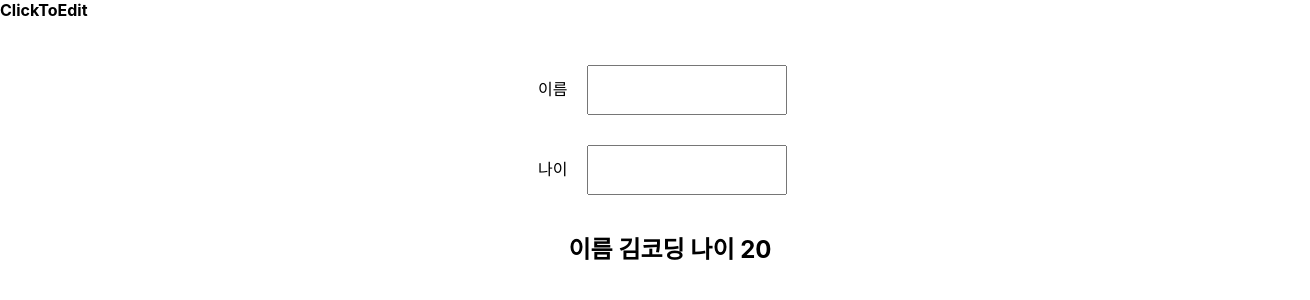
Repository: janghwahyun/wanted_pre_onboarding
Page: /ClickToEdit
An editor plug-in stored every save of this project. The page is shown before and after the next save, followed by the edit.
The browser window is 1280 px wide. The page is 1310 px wide, so the pictures cover 1310 px, including what lies to the right of the window. The pictures show the whole page.
The project was rebuilt for these pictures with package versions that can differ from the ones it lists, and the page was loaded fresh each time. Also part of the build but not shown: src/component/AutoComplete.js, src/component/Modal.js, src/component/Tab.js, src/component/Toggle.js.

Above is the page before, as saved 2022-02-11 12:42:41.

### src/App.js
import ClickToEdit from './component/ClickToEdit';
import AutoComplete from './component/AutoComplete';
import Modal from './component/Modal';
import Tab from './component/Tab';
import Toggle from './component/Toggle';

import './App.css';
import { BrowserRouter, Routes, Route } from 'react-router-dom';

function App() {
  return (
    <BrowserRouter>
      <Routes>
        <Route path="/" element={<App />} />
        <Route path="/ClickToEdit" element={<ClickToEdit />} />
        <Route path="/AutoComplete" element={<AutoComplete />} />
        <Route path="/Modal" element={<Modal />} />
        <Route path="/Tab" element={<Tab />} />
        <Route path="/Toggle" element={<Toggle />} />
      </Routes>
    </BrowserRouter>
  );
}

export default App;

### src/component/ClickToEdit.js
import React, { useState } from 'react';
import styled from 'styled-components';

const ClickToEdit = () => {
  const [name, setName] = useState('김코딩');
  const [age, setAge] = useState('20');

  return (
    <>
      <strong>ClickToEdit</strong>
      <Form>
        <div>
          이름 <Input onChange={e => setName(e.target.value)}></Input>
        </div>
        <div>
          나이 <Input onChange={e => setAge(e.target.value)}></Input>
        </div>
        <h2>
          이름 {name} 나이 {age}
        </h2>
      </Form>
    </>
  );
};
const Form = styled.div`
  width: 100%;
  display: flex;
  justify-content: center;
  align-items: center;
  flex-direction: column;
  margin: 30px;
`;

const Input = styled.input`
  width: 200px;
  height: 50px;
  margin: 15px;
  /* justify-content: center;
  align-items: center; */
`;

export default ClickToEdit;

### src/App.css
* {
  box-sizing: border-box;
}

.App {
  width: 100%;
  height: 100vh;
  display: flex;
  justify-content: center;
  align-items: center;
}

Loaded but not shown: public/index.html (common file); src/index.js (common file); src/index.css (common file); src/reportWebVitals.js (common file)

After the next save:
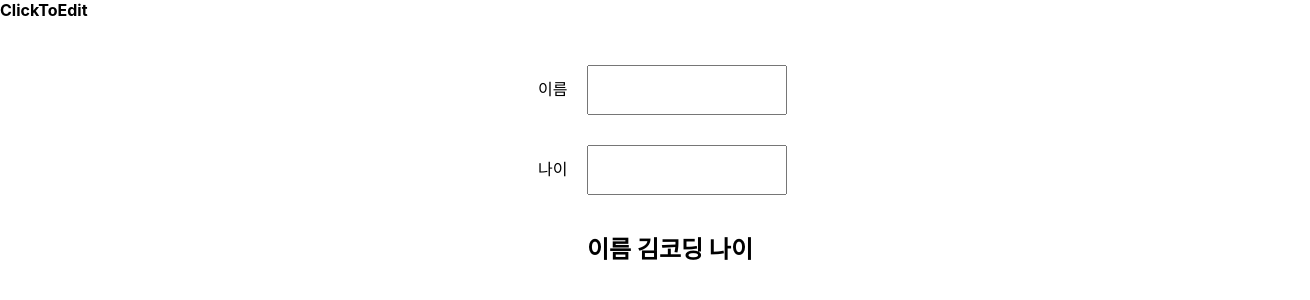
Saved 56 s later.
--- a/src/component/ClickToEdit.js
+++ b/src/component/ClickToEdit.js
@@ -3,7 +3,7 @@
 
 const ClickToEdit = () => {
   const [name, setName] = useState('김코딩');
-  const [age, setAge] = useState('20');
+  const [age, setAge] = useState('');
 
   return (
     <>

After the save that followed:
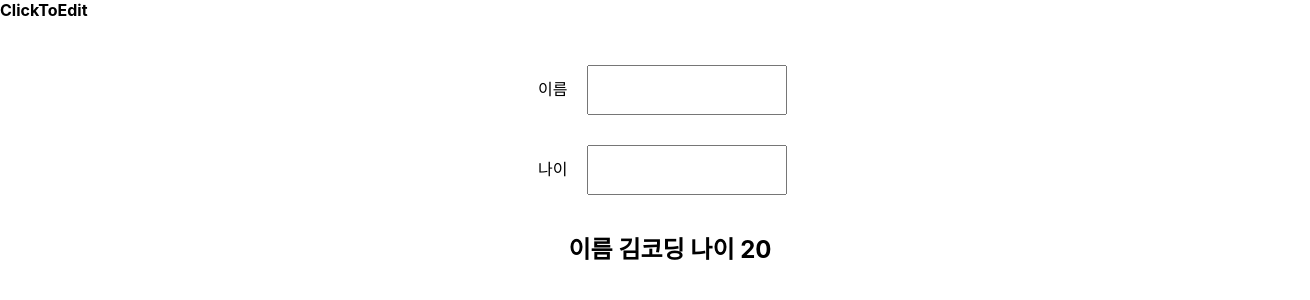
Saved 6 s later.
--- a/src/component/ClickToEdit.js
+++ b/src/component/ClickToEdit.js
@@ -3,7 +3,7 @@
 
 const ClickToEdit = () => {
   const [name, setName] = useState('김코딩');
-  const [age, setAge] = useState('');
+  const [age, setAge] = useState('20');
 
   return (
     <>
